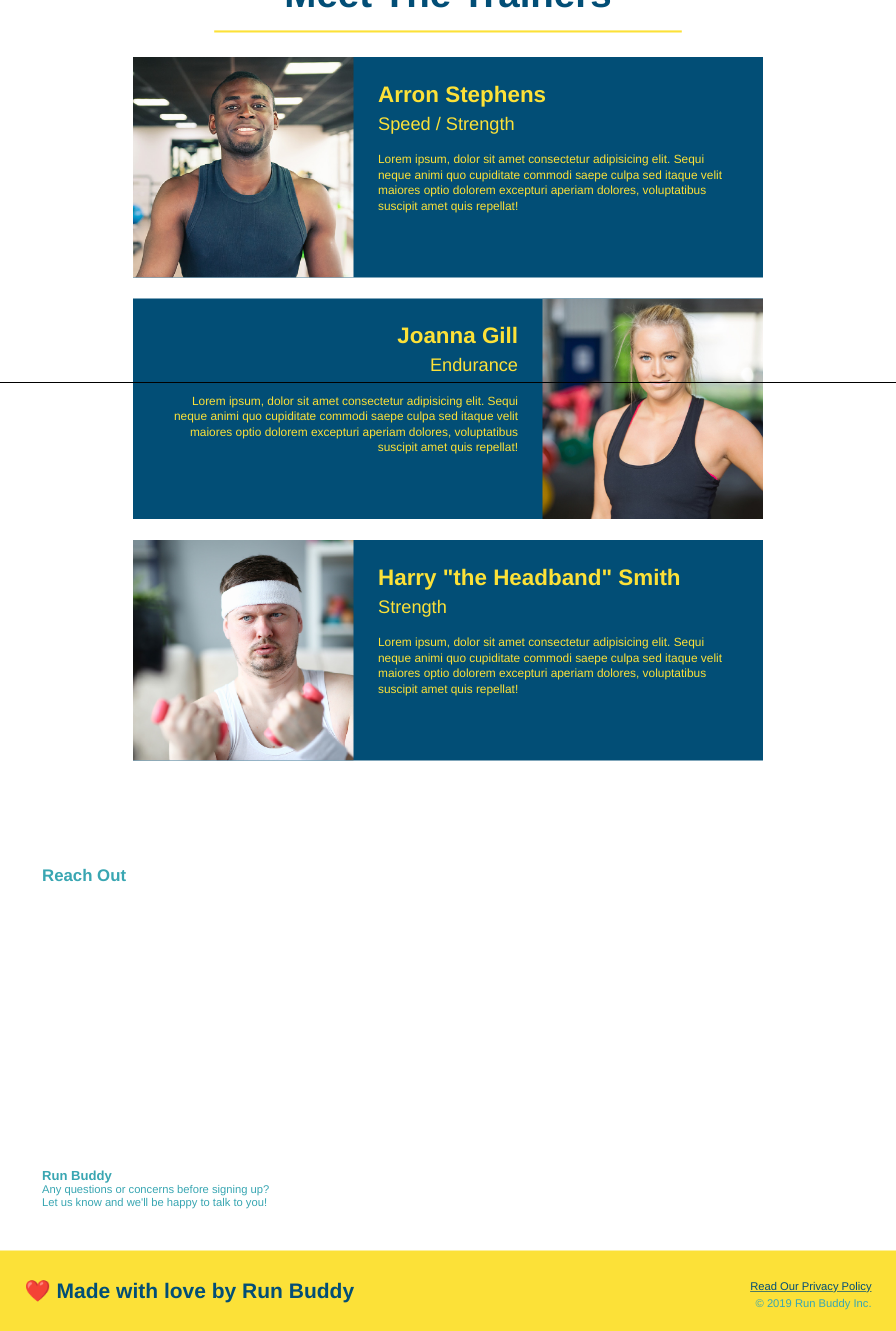
Repository: symlara/run-buddy
Page: index.html
The author's editor kept a copy of each file at every save. The page is drawn from the files as they stood at one save, then again after a run of saves.
The browser window is 1280 px wide. The pictures show the part of the page from y = 2358 to 4278 px (the page is 4260 px tall before and 4278 px after), at 70% of full size.
Pictures or frames that could not be fetched are drawn as grey boxes.

Above is the page before, as saved 2020-12-10 15:33:20.

After the next 4 saves:
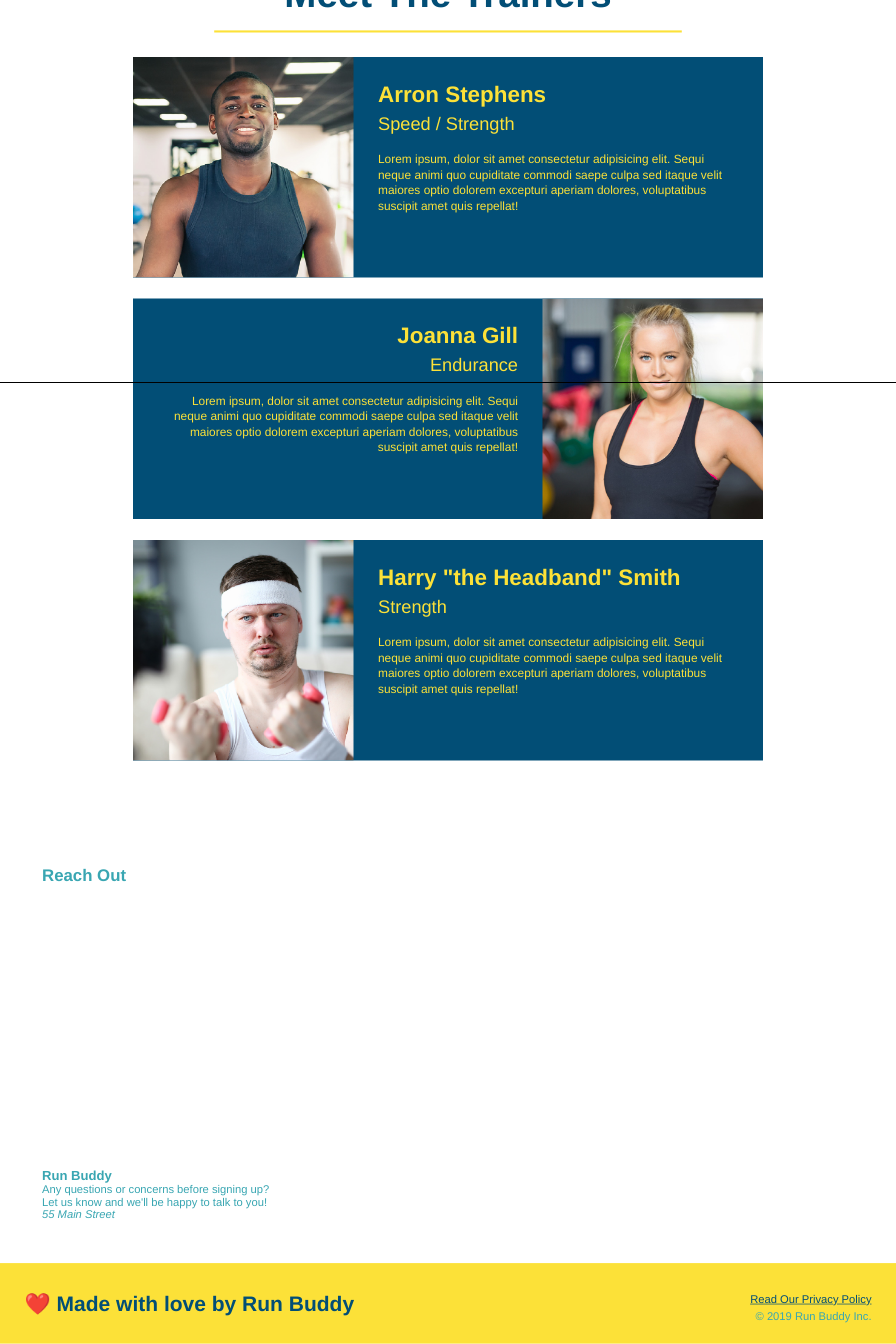
The 4 saves are shown as one change because they came seconds apart.
The last was saved 11 s later.
--- a/index.html
+++ b/index.html
@@ -179,6 +179,7 @@
                     Let us know and we'll be happy to talk to you!
                 </p>
                 <address>
+                    55 Main Street <br />
 
                 </address>
             </div>
